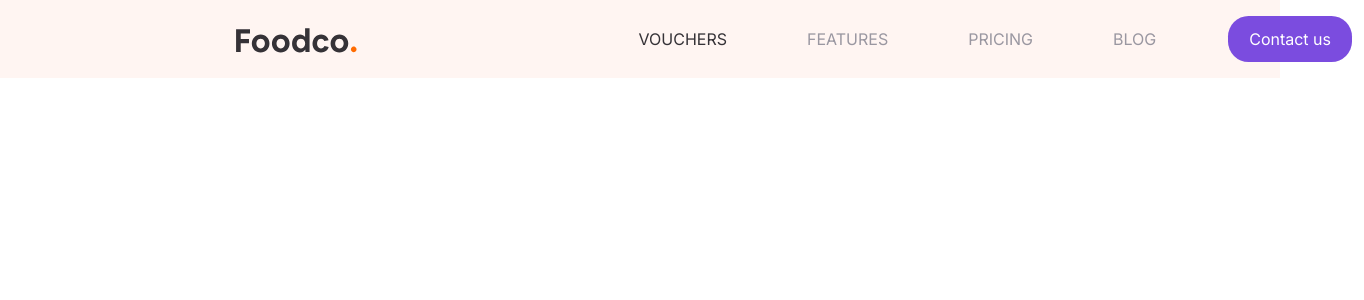
Repository: badhon252/Foodco
Page: index.html
These files come from the project's save history. The page is drawn as it stood at one moment and after the next save; the edit follows.
The browser window is 1280 px wide. The page is 1364 px wide, so the pictures cover 1364 px, including what lies to the right of the window. The pictures show the whole page.
The style sheet was rebuilt from its Sass, Less or Tailwind sources for each picture, by a compiler version that may differ from the author's.

Above is the page before, as saved 2022-09-15 15:12:10.

After the next save:
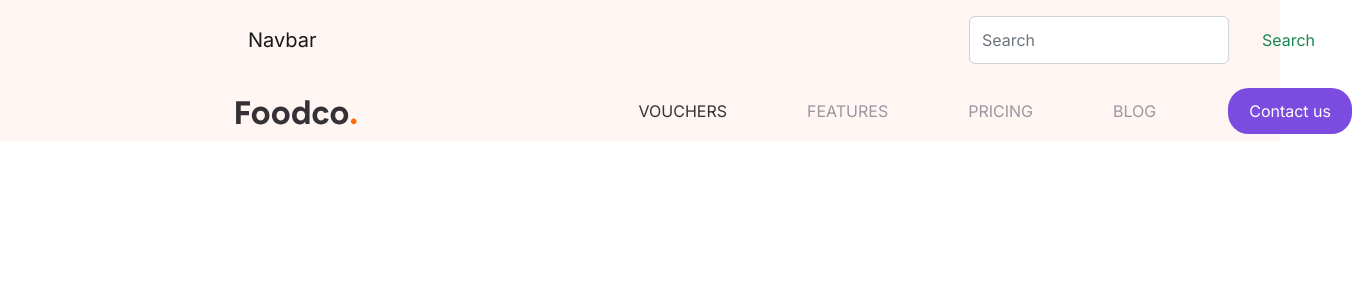
Saved 48 s later.
--- a/index.html
+++ b/index.html
@@ -19,7 +19,18 @@
 
     <main id="header">
         <header class="container">
+
             <nav class="navbar py-3">
+                <div class="container-fluid">
+                    <a class="navbar-brand">Navbar</a>
+                    <form class="d-flex" role="search">
+                        <input class="form-control me-2" type="search" placeholder="Search" aria-label="Search">
+                        <button class="btn btn-outline-success" type="submit">Search</button>
+                    </form>
+                </div>
+            </nav>
+
+            <nav class="navbar ">
                 <div class="navbar-brand">
                     <img src="./image/logo.svg" alt="">
                 </div>
